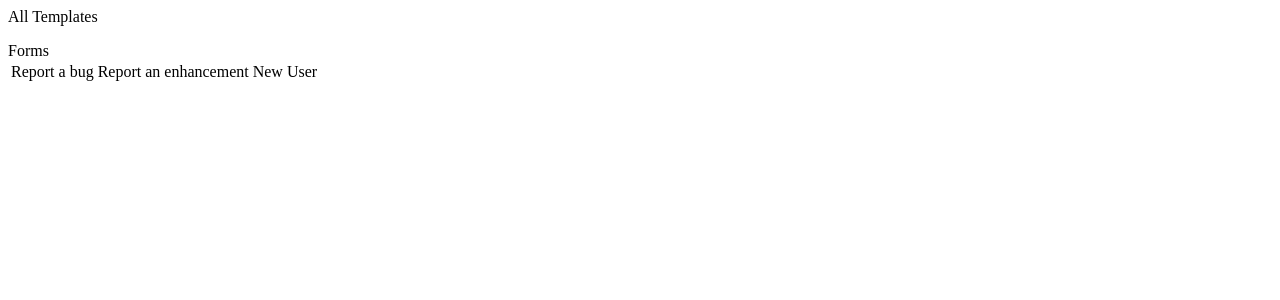
Repository: joliest/MyGits
Page: http://localhost/MiniTracker/Template.jsp
These files come from the project's save history. The page is drawn as it stood at one moment and after the next save; the edit follows.
The browser window is 1280 px wide. The pictures show the whole page.
The page is served by Tomcat 9. Other server files are loaded and not shown.

Above is the page before, as saved 2017-12-06 12:52:29.

### Java/Project_JIRA/MiniTracker/WebContent/Template.jsp
<html>
	<head>

	</head>
	<body>
		<p> All Templates </p>
		<table>
			<tr>Forms
				<td>Report a bug</td>
				<td>Report an enhancement</td>
				<td>New User</td>
			</tr>
		</table>
	</body>
</html>

After the next save:
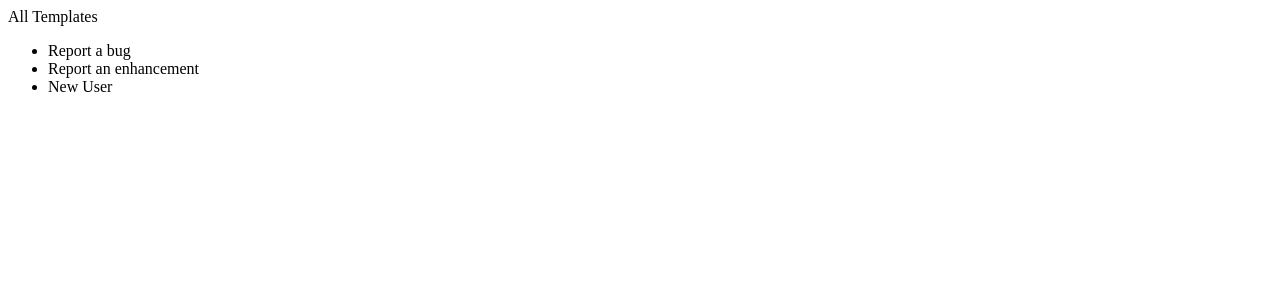
Saved 90 s later.
--- a/Java/Project_JIRA/MiniTracker/WebContent/Template.jsp
+++ b/Java/Project_JIRA/MiniTracker/WebContent/Template.jsp
@@ -5,11 +5,11 @@
 	<body>
 		<p> All Templates </p>
 		<table>
-			<tr>Forms
-				<td>Report a bug</td>
-				<td>Report an enhancement</td>
-				<td>New User</td>
-			</tr>
+			<ul>
+				<li>Report a bug</li>
+				<li>Report an enhancement</li>
+				<li>New User</li>
+			</ul>
 		</table>
 	</body>
 </html>
